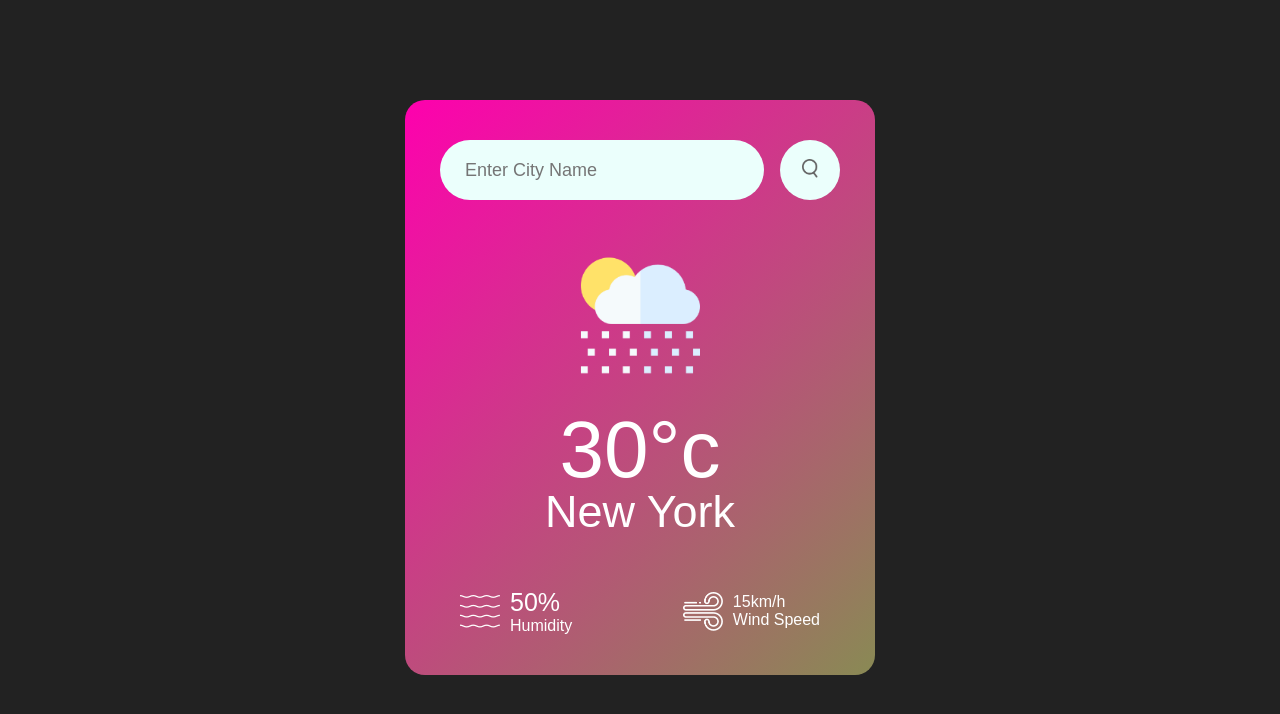
Repository: dubeprince/WeatherApp-Project
Page: WeatherApp/index.html
These files come from the project's save history. The page is drawn as it stood at one moment and after the next save; the edit follows.
The browser window is 1280 px wide. The pictures show the whole page.

Above is the page before, as saved 2023-05-26 11:31:57.

### WeatherApp/index.html
<!DOCTYPE html>
<html lang="en">
<head>
    <meta charset="UTF-8">
    <meta http-equiv="X-UA-Compatible" content="IE=edge">
    <meta name="viewport" content="width=device-width, initial-scale=1.0">
    <title>Weather App</title>
    <link rel = "stylesheet" href = "style.css">
</head>
<body>

    <div class="card">
        <div class="search">
            <input type="text" placeholder="Enter City Name" spellcheck="false">
            <button><img src="images/search.png" alt=""></button>
        </div>
        <div class="weather">
            <img src="images/rain.png" class="weather-icon">
            <h1 class="temp">30°c</h1>
            <h2 class="city">New York</h2>
            <div class="details">
                <div class="col">
                    <img src="images/humidity.png" >
                    <div>
                        <p class="humidity">50%</p>
                        <p>Humidity</p>
                    </div>
                </div>
                <div class="col">
                    <img src="images/wind.png" >
                    <div>
                        <p class="wind">15km/h</p>
                        <p>Wind Speed</p>
                    </div>
                </div>
            </div>
        </div>
    </div>

</body>
</html>

### WeatherApp/style.css
*{
    margin : 0;
    padding: 0;
    font-family: 'Poppins', sans-serif;
    box-sizing: border-box;

}
body{
    background: #222;
}
.card{
    width: 90%;
    max-width: 470px;
    background: linear-gradient(135deg, #fe00ae, #898a54);
    color: #fff; /* white */
    margin: 100px auto 0;
    border-radius: 20px;
    padding: 40px 35px;
    text-align: center;

}
.search{
    width: 100%;
    display: flex;
    align-items: center;
    justify-content: space-between;
}
.search input{
    border: 0;
    outline: 0;
    background: #ebfffc;
    color: #555;
    padding: 10px 25px;
    height: 60px;
    border-radius: 30px;
    flex: 1;
    margin-right: 16px;
    font-size: 18px;
}
.search button{
    border: 0;
    outline: 0;
    border-radius: 50%;
    background: #ebfffc;
    width: 60px;
    height: 60px;
    cursor: pointer;

}
.search button img{
    width: 16px;

}
.weather-icon{
    width: 170px;
    margin-top: 30px;
}
.weather h1{
    font-size: 80px;
    font-weight: 500;
}
.weather h2{
    font-weight: 400;
    font-size: 45px;
    margin-top: -10px;
}
.details{
    display: flex;
    align-items: center;
    justify-content: space-between;
    padding: 0 20px;
    margin-top: 50px;
}
.col{
    display: flex;
    align-items: center;
    justify-content: space-between;
    text-align: left;
}
.col img{
    width: 40px;
    margin-right: 10px;
}
.humidity,.Wind{
    font-size: 25px;
}

After the next save:
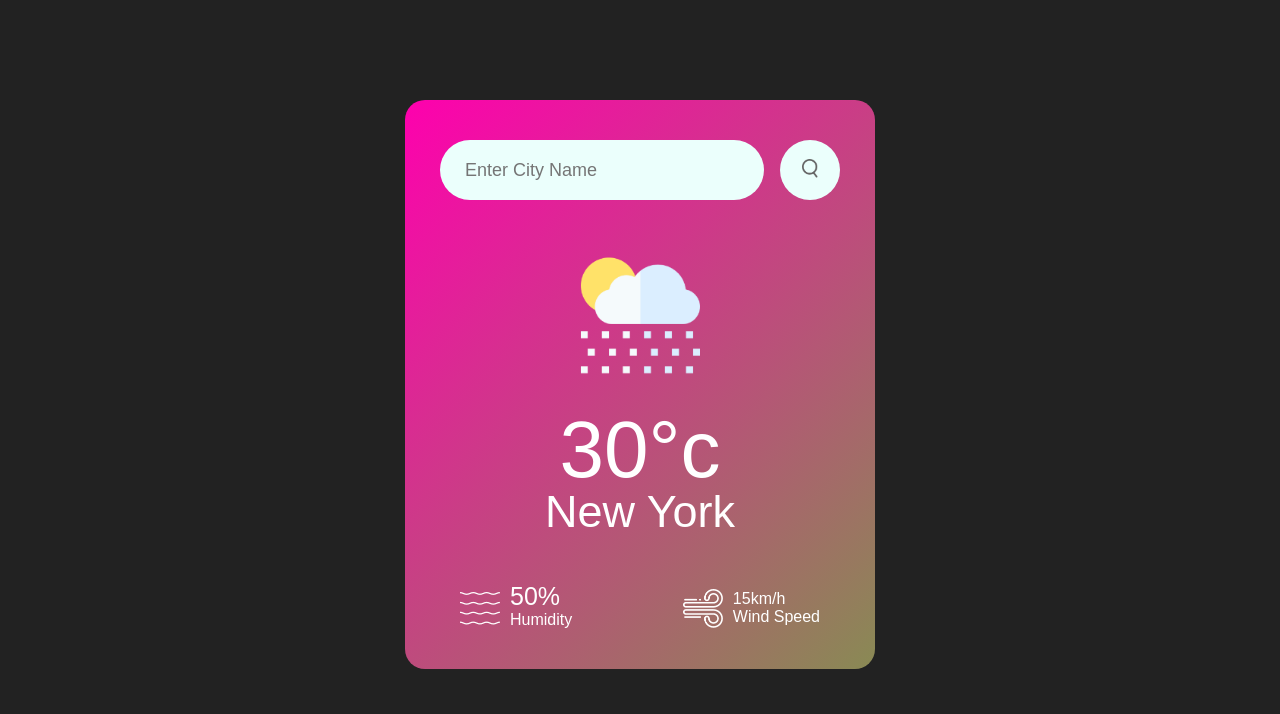
Saved 21 s later.
--- a/WeatherApp/style.css
+++ b/WeatherApp/style.css
@@ -83,4 +83,5 @@ body{
 }
 .humidity,.Wind{
     font-size: 25px;
+    margin-top: -6px;
 }
